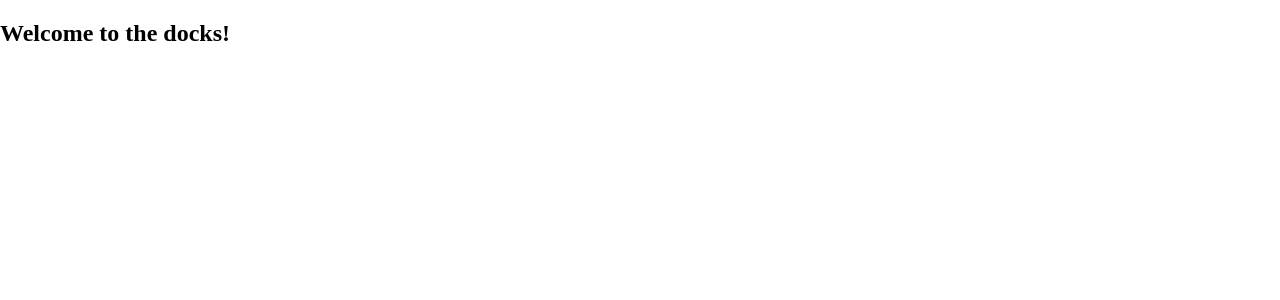
Repository: charliejp0311/java-final-proj
Page: dockWalk-frontend/index.html
The author's editor kept a copy of each file at every save. The page is drawn from the files as they stood at one save, then again after the next save.
The browser window is 1280 px wide. The pictures show the whole page.
The page's requests for data from a server got no answer.

Above is the page before, as saved 2020-08-27 15:57:14.

### dockWalk-frontend/index.html
<!DOCTYPE html>
<html lang="en" dir="ltr">
    <head>
        <meta charset="utf-8">
        <link rel="stylesheet" href="style.css">
        <title>Dock Walk</title>
    </head>
    <body id="dock">
        <h2>Welcome to the docks!</h2>
    </body>
    <script type="application/javascript" src="src/index.js" charset="UTF-8"></script>
    <script type="application/javascript" src="src/dock.js" charset="UTF-8"></script>
</html>

### dockWalk-frontend/style.css
body {
    margin: 0;
    padding: 0;
}

header {
    background-color: #4caf50;
    margin: 0 auto;
    height: 50px;
}

header h2 {
    padding: 10px;
    margin: 0;
}

main {
    display: grid;
    grid-template-columns: 1fr;
    grid-template-rows: auto;
    grid-gap: 20px;
    padding-top: 10px;
    padding-bottom: 30px;
}

div.card {
    background-color: #eeeeee;
    height: 250px;
    width: 300px;
    box-shadow: 10px 10px grey;
    padding: 10px;
    border-radius: 10px;
}

p {
    font-size: 1.5em;
    color: black;
    font-family: Helvetica;
}

li {
    font-size: 1.05em;
    list-style: none;
    padding-right: 20px;
}

button {
    font-size: .65em;
    color: #fff;
    background-color: green;
    border-radius: 10px;
}

button.release {
    float: right;
    background-color: #E1332D;
}

@media only screen and (min-width: 500px) {
    main {
        grid-template-columns: 1fr 1fr;
    }
}

@media only screen and (min-width: 850px) {
    main {
        grid-template-columns: 1fr 1fr 1fr 1fr;
    }
}

### dockWalk-frontend/src/index.js
document.addEventListener("DOMContentLoaded", function () {
    fetchDocks()
});

### dockWalk-frontend/src/dock.js
class Dock {
    constructor (section){
        this.section = section;
    }

}

let dockCard = (sec,ranges)=> {
    let body = document.getElementById('dock')
    let div = document.createElement('div')
    div.className = 'card'
    // div.addEventListener('click',sectionClick())
    div.innerText = sec.attributes.section
    let ul = document.createElement('ul')
    for (const rng of ranges) {
        let li = document.createElement('li')
        // li.addEventListener('click',rangeClick())
        li.innerText = rng.attributes.range
        ul.appendChild(li)
    }
    div.appendChild(ul)
    body.appendChild(div)
}


let displayDocks = (docks) => {
    let d = docks.data
    let r = docks.included
    for (const section of d) {
        let rngs = r.filter(rng=>rng.relationships.dock.data.id === section.id)
        dockCard(section,rngs)
    }
}

function fetchDocks() {
    return fetch('http://localhost:3000/docks')
    .then(resp => resp.json())
    .then(json=> displayDocks(json))
}

After the next save:
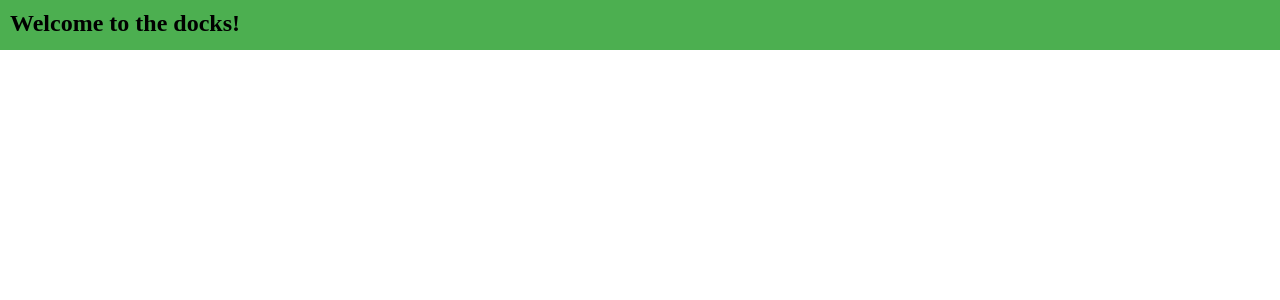
Saved 65 s later.
--- a/dockWalk-frontend/index.html
+++ b/dockWalk-frontend/index.html
@@ -6,7 +6,12 @@
         <title>Dock Walk</title>
     </head>
     <body id="dock">
-        <h2>Welcome to the docks!</h2>
+        <header>
+            <h2>Welcome to the docks!</h2>
+        </header>
+        <main>
+
+        </main>
     </body>
     <script type="application/javascript" src="src/index.js" charset="UTF-8"></script>
     <script type="application/javascript" src="src/dock.js" charset="UTF-8"></script>
